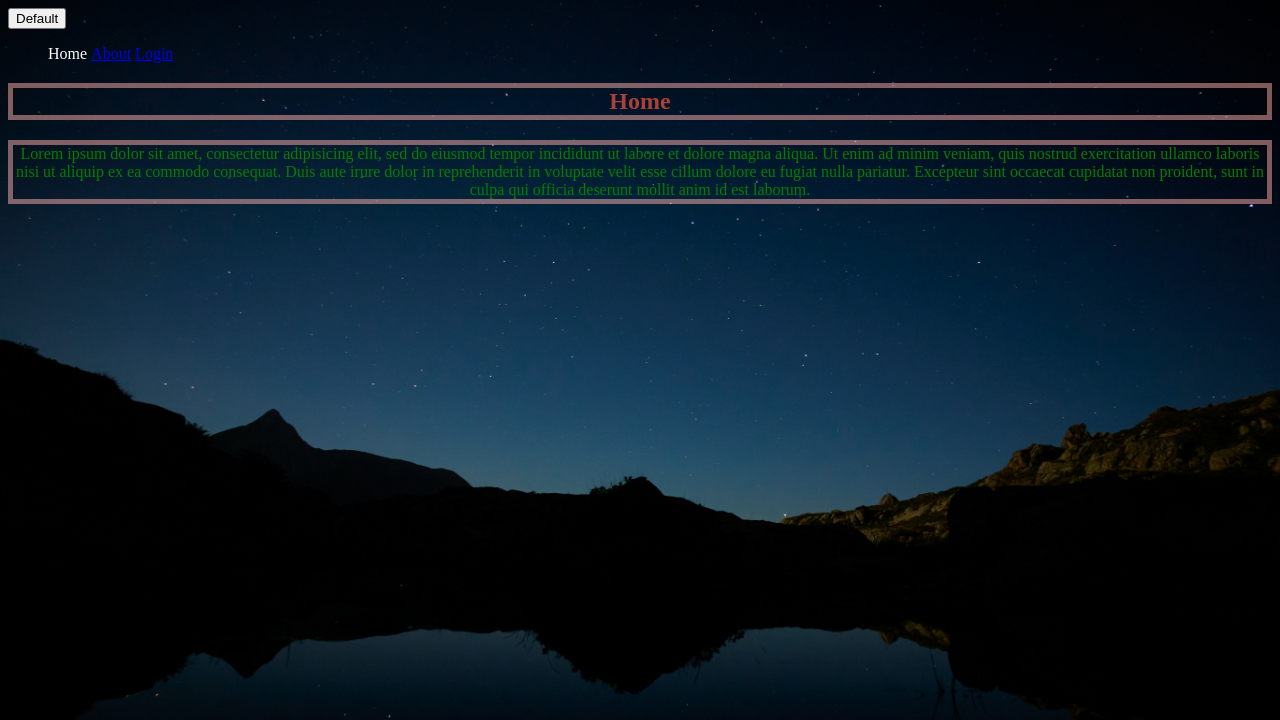
Repository: rileymeye1/ZTM
Page: project_files/index.html
An editor plug-in stored every save of this project. The page is shown before and after the next save, followed by the edit.
The browser window is 1280 px wide. The pictures show the whole page.

Above is the page before, as saved 2024-08-19 16:46:29.

After the next save:
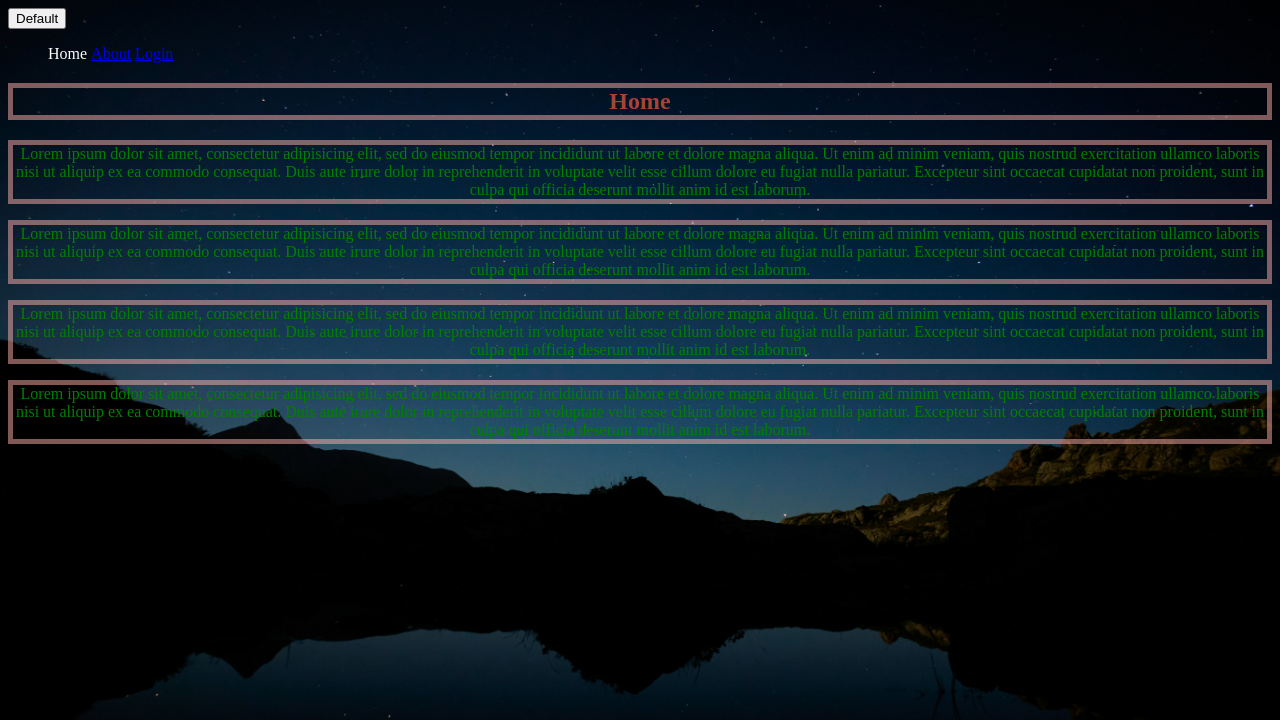
Saved 109 s later.
--- a/project_files/index.html
+++ b/project_files/index.html
@@ -24,6 +24,24 @@
     consequat. Duis aute irure dolor in reprehenderit in voluptate velit esse
     cillum dolore eu fugiat nulla pariatur. Excepteur sint occaecat cupidatat non
     proident, sunt in culpa qui officia deserunt mollit anim id est laborum.</p>
+    <p>Lorem ipsum dolor sit amet, consectetur adipisicing elit, sed do eiusmod
+      tempor incididunt ut labore et dolore magna aliqua. Ut enim ad minim veniam,
+      quis nostrud exercitation ullamco laboris nisi ut aliquip ex ea commodo
+      consequat. Duis aute irure dolor in reprehenderit in voluptate velit esse
+      cillum dolore eu fugiat nulla pariatur. Excepteur sint occaecat cupidatat non
+      proident, sunt in culpa qui officia deserunt mollit anim id est laborum.</p>
+      <p>Lorem ipsum dolor sit amet, consectetur adipisicing elit, sed do eiusmod
+        tempor incididunt ut labore et dolore magna aliqua. Ut enim ad minim veniam,
+        quis nostrud exercitation ullamco laboris nisi ut aliquip ex ea commodo
+        consequat. Duis aute irure dolor in reprehenderit in voluptate velit esse
+        cillum dolore eu fugiat nulla pariatur. Excepteur sint occaecat cupidatat non
+        proident, sunt in culpa qui officia deserunt mollit anim id est laborum.</p>
+        <p>Lorem ipsum dolor sit amet, consectetur adipisicing elit, sed do eiusmod
+          tempor incididunt ut labore et dolore magna aliqua. Ut enim ad minim veniam,
+          quis nostrud exercitation ullamco laboris nisi ut aliquip ex ea commodo
+          consequat. Duis aute irure dolor in reprehenderit in voluptate velit esse
+          cillum dolore eu fugiat nulla pariatur. Excepteur sint occaecat cupidatat non
+          proident, sunt in culpa qui officia deserunt mollit anim id est laborum.</p>
   </section>
 </body>
 </html>
